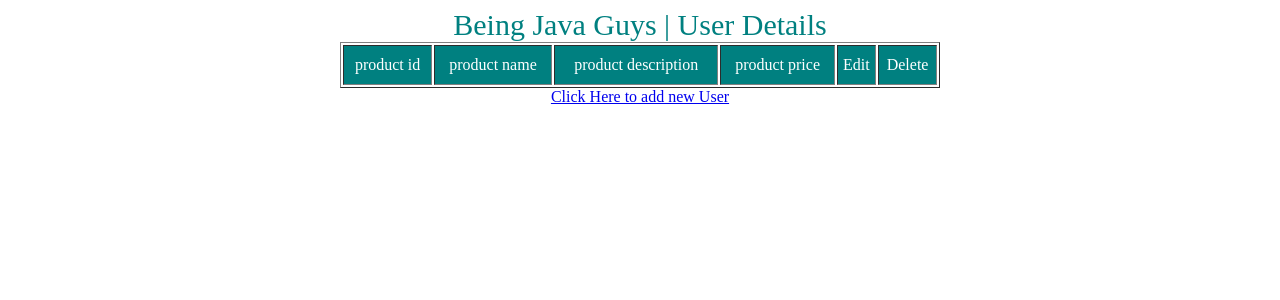
Repository: kalaivanan94/maven
Page: http://localhost/PetWorld/WEB-INF/view/list.jsp
The author's editor kept a copy of each file at every save. The page is drawn from the files as they stood at one save, then again after the next save.
The browser window is 1280 px wide. The pictures show the whole page.
The page is served by Tomcat 9. Nobody is signed in. Other server files are loaded and not shown. The template is opened directly, without the code that normally fills it, so the values that code supplies are empty.

Above is the page before, as saved 2016-09-09 04:32:09.

### 8th upload/mav/PetWorld/src/main/webapp/WEB-INF/view/list.jsp
<%@ page language="java" contentType="text/html; charset=UTF-8"
	pageEncoding="UTF-8"%>
<%@taglib prefix="c" uri="http://java.sun.com/jsp/jstl/core"%>
<%@page isELIgnored="false"%>
<!DOCTYPE html PUBLIC "-//W3C//DTD HTML 4.01 Transitional//EN" "http://www.w3.org/TR/html4/loose.dtd">
<html>
<head>
<meta http-equiv="Content-Type" content="text/html; charset=UTF-8">
<title>Being Java Guys | User Details</title>
</head>
<body>
	<center>
		<div style="color: teal; font-size: 30px">Being Java Guys | User
			Details</div>
		<%-- <c:if test="${!empty productList}"> --%>
		<table border="1" bgcolor="white" width="600px">
			<tr style="background-color: teal; color: white; text-align: center;"
				height="40px">
				<td>product id</td>
				<td>product name</td>
				<td>product description</td>
				<td>product price</td>
				<td>Edit</td>
				<td>Delete</td>
			</tr>
			<c:forEach items="${productList}" var="user">
				<tr
					style="background-color: black; color: white; text-align: center;"
					height="30px">
					<td>${user.pid}</td>
					<td>${user.name}</td>
					<td>${user.description}</td>
					<td>${user.price}</td>
					<td><a href="edit?id=${user.pid}">Edit</a></td>
					<td><a href="deleteProduct?id=${user.pid}">Delete</a></td>
				</tr>
			</c:forEach>
		</table>
		<%-- </c:if> --%>
		<a href="form">Click Here to add new User</a>
	</center>
</body>
</html>

After the next save:
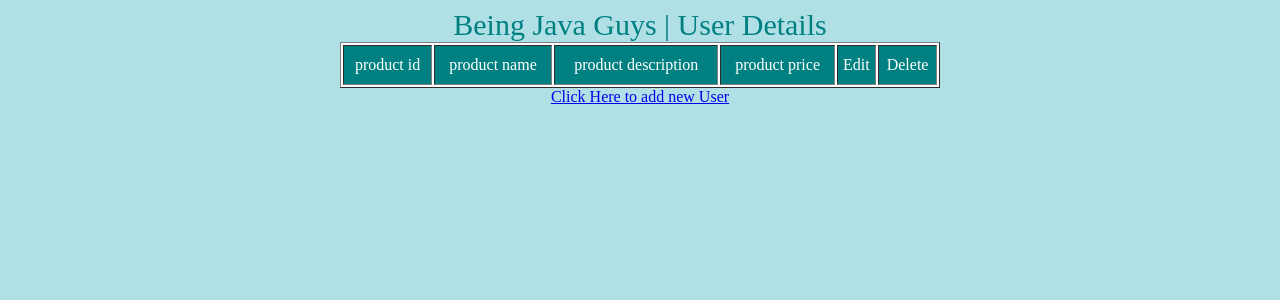
Saved 37 s later.
--- a/8th upload/mav/PetWorld/src/main/webapp/WEB-INF/view/list.jsp
+++ b/8th upload/mav/PetWorld/src/main/webapp/WEB-INF/view/list.jsp
@@ -8,7 +8,8 @@
 <meta http-equiv="Content-Type" content="text/html; charset=UTF-8">
 <title>Being Java Guys | User Details</title>
 </head>
-<body>
+<body style="background-color: powderblue;">
+
 	<center>
 		<div style="color: teal; font-size: 30px">Being Java Guys | User
 			Details</div>
